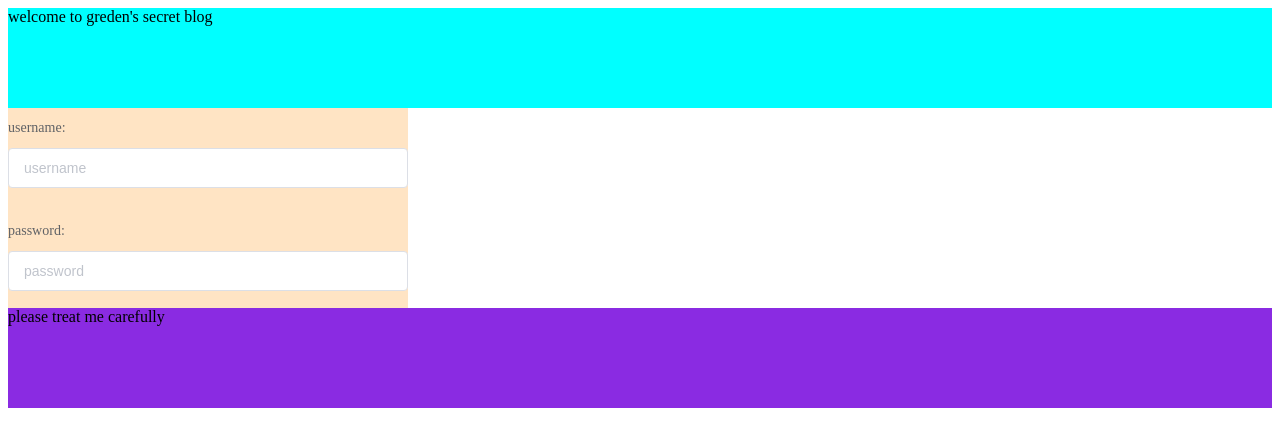
Repository: greden0814/myBlog
Page: /
The author's editor kept a copy of each file at every save. The page is drawn from the files as they stood at one save, then again after the next save.
The browser window is 1280 px wide. The pictures show the whole page.
The project was rebuilt for these pictures with package versions that can differ from the ones it lists, and the page was loaded fresh each time.

Above is the page before, as saved 2021-07-10 18:38:36.

After the next save:
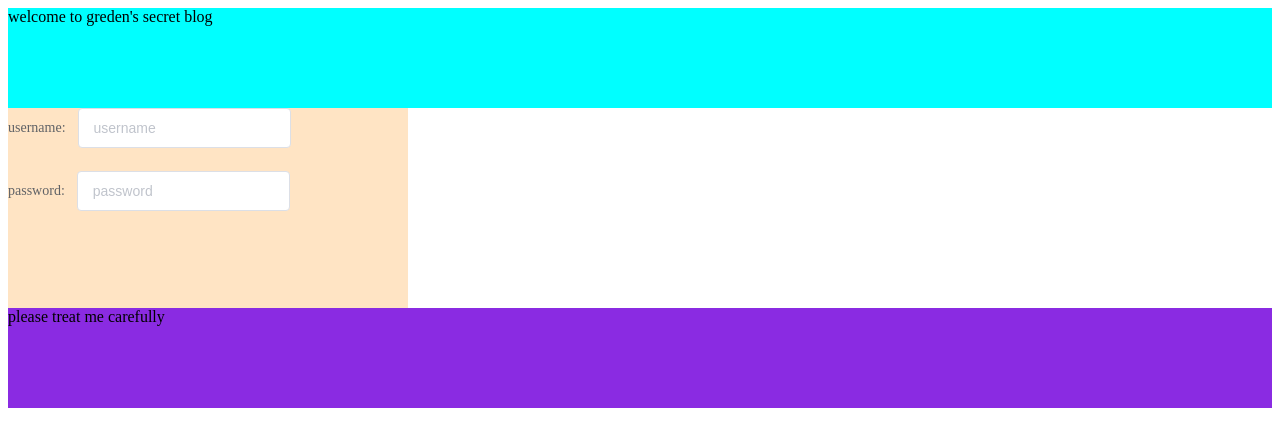
Saved 82 s later.
--- a/src/views/login/index.vue
+++ b/src/views/login/index.vue
@@ -3,12 +3,12 @@
     <div class="header">welcome to greden's secret blog</div>
     <div class="body">
       <div class="loginZone">
-        <el-form>
+        <el-form ref="ruleForm" :model="ruleForm" label-width="80" inline>
           <el-form-item label="username: ">
-            <el-input v-model="username" placeholder="username" />
+            <el-input v-model="ruleForm.username" placeholder="username" />
           </el-form-item>
           <el-form-item label="password: ">
-            <el-input v-model="password" placeholder="password" />
+            <el-input v-model="ruleForm.password" placeholder="password" />
           </el-form-item>
         </el-form>
       </div>
@@ -21,8 +21,10 @@
 export default {
   data() {
     return {
-      username: "",
-      password: "",
+      ruleForm: {
+        username: "",
+        password: "",
+      },
     };
   },
   created() {},
